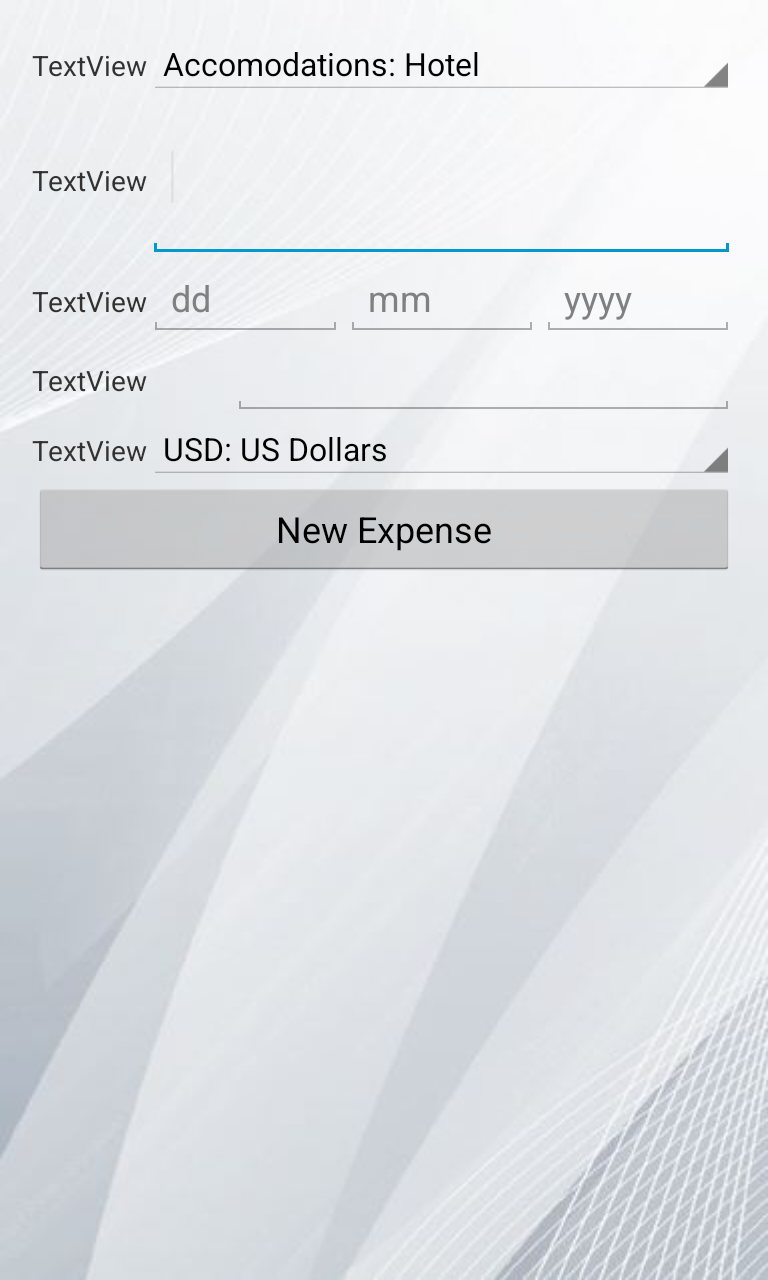
Repository: eorodrig/eorodrigTravelLogger
Layout: TravelLogger/res/layout/activity_new_expense.xml
The author's editor kept a copy of each file at every save. The layout is drawn from the files as they stood at one save, then again after the next save.
It is drawn on a 768 x 1280 px phone screen (xhdpi) without system bars, with theme AppTheme; the app's code is not run.

Above is the layout before, as saved 2015-01-19 05:51:03.

### TravelLogger/res/layout/activity_new_expense.xml
<RelativeLayout xmlns:android="http://schemas.android.com/apk/res/android"
    xmlns:tools="http://schemas.android.com/tools"
    android:layout_width="match_parent"
    android:layout_height="match_parent"
    android:paddingBottom="@dimen/activity_vertical_margin"
    android:paddingLeft="@dimen/activity_horizontal_margin"
    android:paddingRight="@dimen/activity_horizontal_margin"
    android:paddingTop="@dimen/activity_vertical_margin"
    android:background="@drawable/bg"
    tools:context="com.example.travellogger.NewExpenseActivity" >

    <LinearLayout
        android:layout_width="match_parent"
        android:layout_height="wrap_content"
        android:orientation="vertical" >

        <LinearLayout
            android:layout_width="match_parent"
            android:layout_height="wrap_content" >

            <TextView
                android:id="@+id/textView1"
                android:layout_width="wrap_content"
                android:layout_height="wrap_content"
                android:text="TextView" />

            <Spinner
                android:id="@+id/NewExpenseTypeSpinner"
                android:layout_width="wrap_content"
                android:layout_height="wrap_content"
                android:layout_weight="1"
                android:entries="@array/expense_category_spinner" />

        </LinearLayout>

        <LinearLayout
            android:layout_width="match_parent"
            android:layout_height="wrap_content" >

            <TextView
                android:id="@+id/textView2"
                android:layout_width="wrap_content"
                android:layout_height="wrap_content"
                android:text="TextView" />

            <EditText
                android:id="@+id/NewExpenseDescriptionText"
                android:layout_width="wrap_content"
                android:layout_height="wrap_content"
                android:layout_weight="1"
                android:ems="10"
                android:inputType="textMultiLine"
                android:lines="3" >

                <requestFocus />
            </EditText>

        </LinearLayout>

        <LinearLayout
            android:layout_width="match_parent"
            android:layout_height="wrap_content" >

            <TextView
                android:id="@+id/textView3"
                android:layout_width="wrap_content"
                android:layout_height="wrap_content"
                android:text="TextView" />

            <EditText
                android:id="@+id/NewExpenseDayText"
                android:layout_width="wrap_content"
                android:layout_height="wrap_content"
                android:layout_weight="1"
                android:ems="10"
                android:hint="dd"
                android:inputType="number" />

            <EditText
                android:id="@+id/NewExpenseMonthText"
                android:layout_width="wrap_content"
                android:layout_height="wrap_content"
                android:layout_weight="1"
                android:ems="10"
                android:hint="mm"
                android:inputType="number" />

            <EditText
                android:id="@+id/NewExpenseYearText"
                android:layout_width="wrap_content"
                android:layout_height="wrap_content"
                android:layout_weight="1"
                android:ems="10"
                android:hint="yyyy"
                android:inputType="number" />

        </LinearLayout>

        <LinearLayout
            android:layout_width="match_parent"
            android:layout_height="wrap_content" >

            <TextView
                android:id="@+id/textView4"
                android:layout_width="wrap_content"
                android:layout_height="wrap_content"
                android:layout_weight="1"
                android:text="TextView" />

            <EditText
                android:id="@+id/NewExpenseAmountText"
                android:layout_width="wrap_content"
                android:layout_height="wrap_content"
                android:layout_weight="1"
                android:ems="10"
                android:inputType="numberDecimal" />

        </LinearLayout>

        <LinearLayout
            android:layout_width="match_parent"
            android:layout_height="wrap_content" >

            <TextView
                android:id="@+id/textView5"
                android:layout_width="wrap_content"
                android:layout_height="wrap_content"
                android:text="TextView" />

            <Spinner
                android:id="@+id/NewExpenseCurrencySpinner"
                android:layout_width="wrap_content"
                android:layout_height="wrap_content"
                android:layout_weight="1"
                android:entries="@array/currency_spinner" />

        </LinearLayout>

        <LinearLayout
            android:layout_width="match_parent"
            android:layout_height="wrap_content" >

            <Button
                android:id="@+id/AddExpenseButton"
                android:layout_width="match_parent"
                android:layout_height="wrap_content"
                android:text="@string/new_expense_button" />

        </LinearLayout>

    </LinearLayout>

</RelativeLayout>

### TravelLogger/res/values/strings.xml
<?xml version="1.0" encoding="utf-8"?>
<resources>

    <string name="app_name">Expense Logger</string>
    <string name="title_activity_claim_list">Claim List</string>
    <string name="title_activity_expense_list">Expense List</string>
    <string name="title_activity_new_claim">Add New Claim</string>
    <string name="claim_name">Claim Name:</string>
    <string name="claim_description">Description:</string>
    <string name="from_date">From:</string>
    <string name="to_date">To:</string>
    <string name="currency_type">Currency:</string>
    <string name="add_claim_button">Add Claim</string>
    <string name="new_expense_button">New Expense</string>

    <string-array name="selected_item_list">
        <item>View</item>
        <item>Edit</item>
        <item>Delete</item>
    </string-array>

        <string-array name="selected_expese_list">
        <item>Edit</item>
        <item>Delete</item>
    </string-array>

    <string-array name="expense_category_spinner">
        <item>Accomodations: Hotel</item>
        <item>Accomodations: Private Residense</item>
        <item>Event: Registration</item>
        <item>Meal: Breakfast</item>
        <item>Meal: Lunch</item>
        <item>Meal: Dinner</item>
        <item>Travel: Air Fair</item>
        <item>Travel: Vehicle Rental</item>
        <item>Travel: Mileage</item>
        <item>Travel: Fuel</item>
        <item>Travel: Bus Fair</item>
        <item>Travel: Taxi Fair</item>
        <item>Travel: Parking</item>
        <item>Other</item>
    </string-array>

        <string-array name="currency_spinner">
        <item>USD: US Dollars</item>
        <item>CAD: Canadian Dollars</item>
        <item>EUR: Euro</item>
        <item>GBP: Pounds</item>
        <item>CNY: Chinese Yen</item>
        <item>RUB: Rubble</item>
    </string-array>

    <string name="hello_world">Hello world!</string>
    <string name="action_settings">Settings</string>
    <string name="title_activity_new_expense">Expense</string>

</resources>

Loaded but not shown: TravelLogger/res/values/styles.xml (common file); TravelLogger/res/values-v11/styles.xml (common file); TravelLogger/res/values-v14/styles.xml (common file); TravelLogger/res/values/dimens.xml (common file); TravelLogger/res/values-w820dp/dimens.xml (common file)

After the next save:
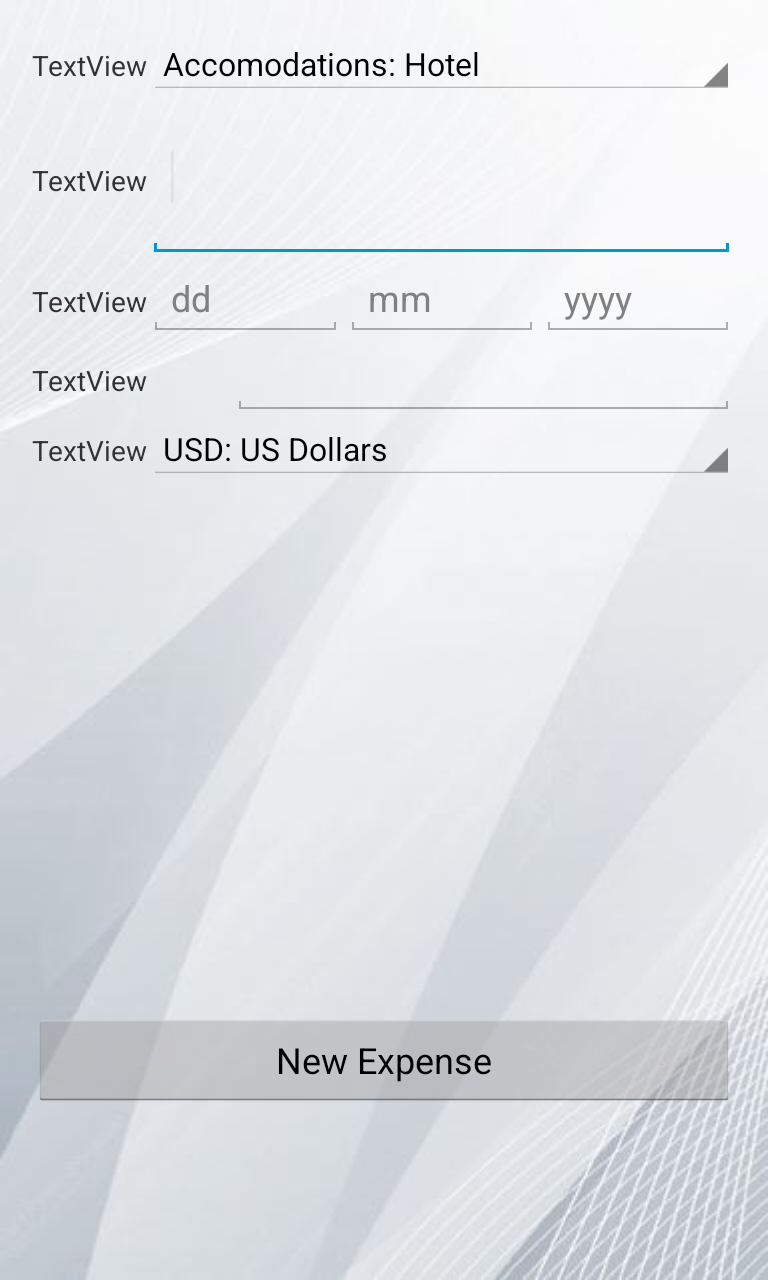
Saved 20 s later.
--- a/TravelLogger/res/layout/activity_new_expense.xml
+++ b/TravelLogger/res/layout/activity_new_expense.xml
@@ -2,14 +2,15 @@
     xmlns:tools="http://schemas.android.com/tools"
     android:layout_width="match_parent"
     android:layout_height="match_parent"
+    android:background="@drawable/bg"
     android:paddingBottom="@dimen/activity_vertical_margin"
     android:paddingLeft="@dimen/activity_horizontal_margin"
     android:paddingRight="@dimen/activity_horizontal_margin"
     android:paddingTop="@dimen/activity_vertical_margin"
-    android:background="@drawable/bg"
     tools:context="com.example.travellogger.NewExpenseActivity" >
 
     <LinearLayout
+        android:id="@+id/linearLayout1"
         android:layout_width="match_parent"
         android:layout_height="wrap_content"
         android:orientation="vertical" >
@@ -30,7 +31,6 @@
                 android:layout_height="wrap_content"
                 android:layout_weight="1"
                 android:entries="@array/expense_category_spinner" />
-
         </LinearLayout>
 
         <LinearLayout
@@ -54,7 +54,6 @@
 
                 <requestFocus />
             </EditText>
-
         </LinearLayout>
 
         <LinearLayout
@@ -93,7 +92,6 @@
                 android:ems="10"
                 android:hint="yyyy"
                 android:inputType="number" />
-
         </LinearLayout>
 
         <LinearLayout
@@ -114,7 +112,6 @@
                 android:layout_weight="1"
                 android:ems="10"
                 android:inputType="numberDecimal" />
-
         </LinearLayout>
 
         <LinearLayout
@@ -133,21 +130,16 @@
                 android:layout_height="wrap_content"
                 android:layout_weight="1"
                 android:entries="@array/currency_spinner" />
-
         </LinearLayout>
-
-        <LinearLayout
-            android:layout_width="match_parent"
-            android:layout_height="wrap_content" >
-
-            <Button
-                android:id="@+id/AddExpenseButton"
-                android:layout_width="match_parent"
-                android:layout_height="wrap_content"
-                android:text="@string/new_expense_button" />
-
-        </LinearLayout>
-
     </LinearLayout>
 
+    <Button
+        android:id="@+id/AddExpenseButton"
+        android:layout_width="match_parent"
+        android:layout_height="wrap_content"
+        android:layout_alignLeft="@+id/linearLayout1"
+        android:layout_alignParentBottom="true"
+        android:layout_marginBottom="70dp"
+        android:text="@string/new_expense_button" />
+
 </RelativeLayout>
